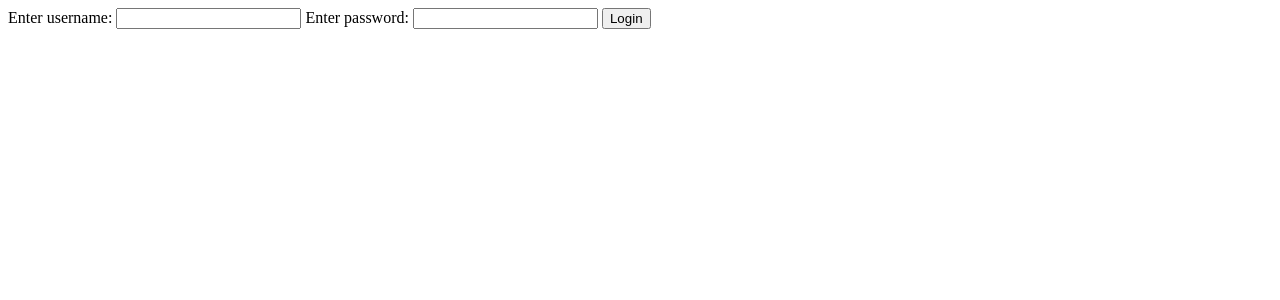
Repository: vidhatesanket/J2EE
Page: http://localhost/crudOperation/
These files come from the project's save history. The page is drawn as it stood at one moment and after the next save; the edit follows.
The browser window is 1280 px wide. The pictures show the whole page.
The page is served by Tomcat 9.

Above is the page before, as saved 2024-01-09 07:19:26.

After the next save:
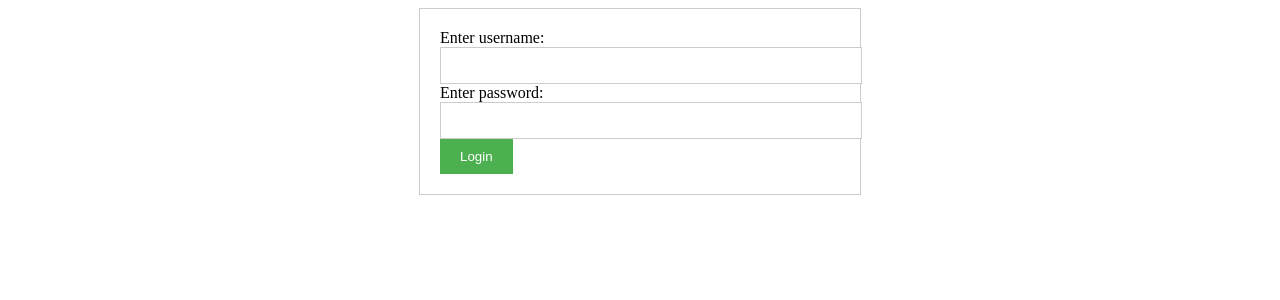
Saved 90 s later.
--- a/crudOperation/src/main/webapp/index.jsp
+++ b/crudOperation/src/main/webapp/index.jsp
@@ -5,6 +5,35 @@
 <head>
 <meta charset="ISO-8859-1">
 <title>Insert title here</title>
+<style type="text/css">
+		form {
+			max-width: 400px;
+			margin: 0 auto;
+			padding: 20px;
+			border: 1px solid #ccc;
+		}
+		input[type="text"], input[type="password"] {
+			width: 100%;
+			padding: 10px;
+			border: 1px solid #ccc;
+		}
+		input[type="submit"] {
+			background-color: #4CAF50;
+			color: white;
+			padding: 10px 20px;
+			border: none;
+		}
+        input[type="submit"]:hover {
+            background-color: #45a049;
+        }
+        input[type="submit"]:focus {
+            outline: none;
+        }
+        input[type="text"]:focus, input[type="password"]:focus {
+            border-color: #4CAF50;
+        }
+        .error { color: red; }
+    </style>
 </head>
 <body>
 <form action="validateUser" method="post">
